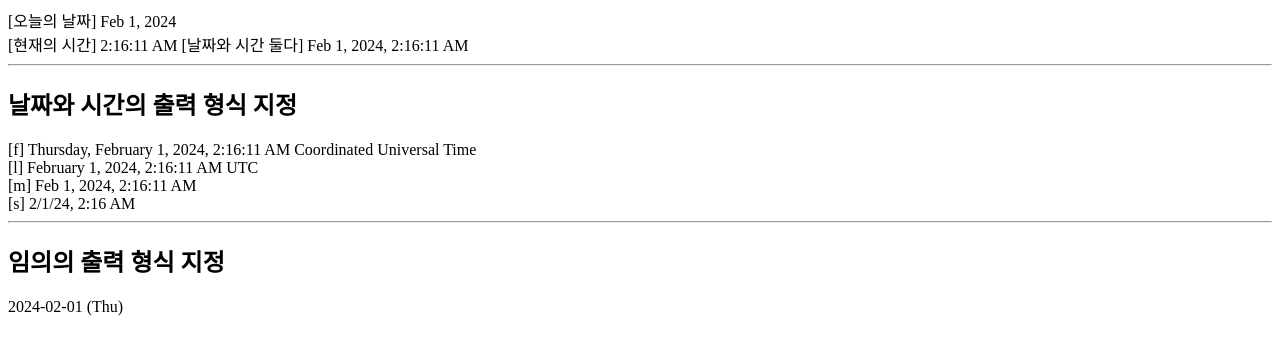
Repository: seonghun9906/sts3-Springboot
Page: http://localhost/spring-jsp02/today
These files come from the project's save history. The page is drawn as it stood at one moment and after the next save; the edit follows.
The browser window is 1280 px wide. The pictures show the whole page.
The page is served by Tomcat 9. Other server files are loaded and not shown.

Above is the page before, as saved 2024-02-05 04:34:16.

### spring-jsp02/src/main/webapp/WEB-INF/views/today.jsp
<%@page import="java.util.Date"%>
<%@ page language="java" contentType="text/html; charset=UTF-8"
    pageEncoding="UTF-8"%>
<%@ taglib uri="http://java.sun.com/jsp/jstl/core" prefix="c" %>
<%@ taglib uri="http://java.sun.com/jsp/jstl/fmt" prefix="fmt" %>

<c:set var="date" value="<%=new Date()%>"/>

<!DOCTYPE html>
<html>
<head>
<meta charset="UTF-8">
<title>현재 일시</title>
</head>
<body>
[오늘의 날짜] <fmt:formatDate value="${date}"/><br>
[현재의 시간] <fmt:formatDate value="${date}" type="time"/>
[날짜와 시간 둘다] <fmt:formatDate value="${date}" type="both"/>
<hr>
<h2>날짜와 시간의 출력 형식 지정</h2>
[f] <fmt:formatDate value="${date}" type="both"
		dateStyle="full" timeStyle="full"/><br>
[l] <fmt:formatDate value="${date}" type="both"
		dateStyle="long" timeStyle="long"/><br>
[m] <fmt:formatDate value="${date}" type="both"
		dateStyle="medium" timeStyle="medium"/><br>
[s] <fmt:formatDate value="${date}" type="both"
		dateStyle="short" timeStyle="short"/><br>
<hr>
<h2>임의의 출력 형식 지정</h2>
<fmt:formatDate value="${date}" pattern="yyyy-MM-dd (E)"/>

</body>
</html>

After the next save:
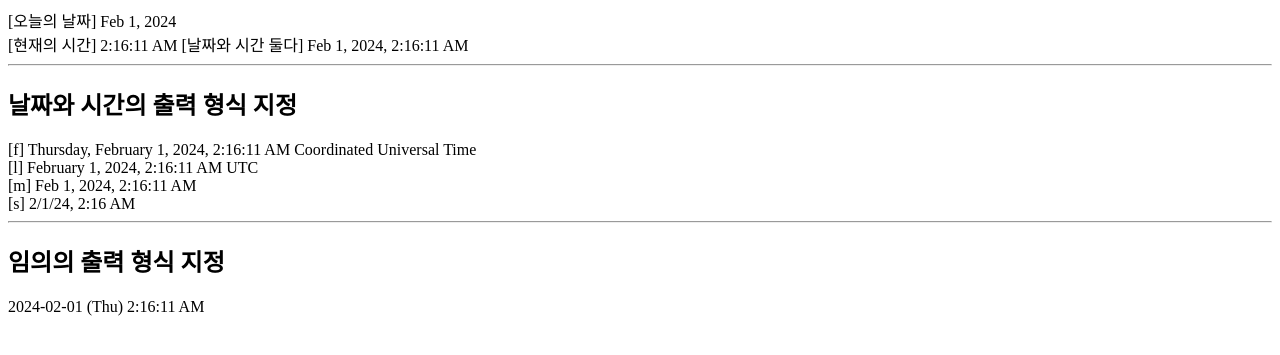
Saved 3 min 34 s later.
--- a/spring-jsp02/src/main/webapp/WEB-INF/views/today.jsp
+++ b/spring-jsp02/src/main/webapp/WEB-INF/views/today.jsp
@@ -29,6 +29,7 @@
 <hr>
 <h2>임의의 출력 형식 지정</h2>
 <fmt:formatDate value="${date}" pattern="yyyy-MM-dd (E)"/>
+<fmt:formatDate value="${date}" type="time"/>
 
 </body>
 </html>
